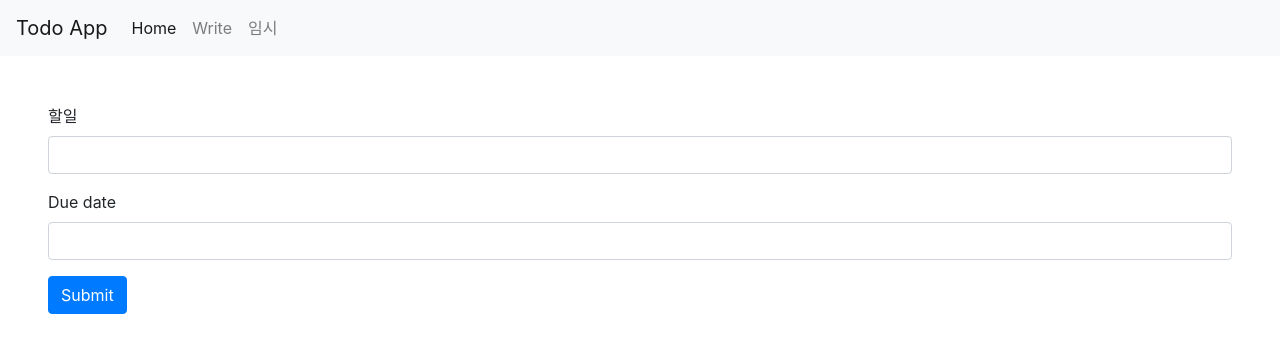
Repository: songeunleee/TodoApp
Page: write.html
An editor plug-in stored every save of this project. The page is shown before and after the next save, followed by the edit.
The browser window is 1280 px wide. The pictures show the whole page.

Above is the page before, as saved 2023-04-14 01:31:00.

### write.html
<!doctype html>
<html">
  <head>
    <!-- Required meta tags -->
    <meta charset="utf-8">
    <meta name="viewport" content="width=device-width, initial-scale=1, shrink-to-fit=no">

    <!-- Bootstrap CSS -->
    <link rel="stylesheet" href="https://cdn.jsdelivr.net/npm/bootstrap@4.6.2/dist/css/bootstrap.min.css" integrity="sha384-xOolHFLEh07PJGoPkLv1IbcEPTNtaed2xpHsD9ESMhqIYd0nLMwNLD69Npy4HI+N" crossorigin="anonymous">

    <title>Hello, world!</title>
  </head>
  <body>

    <nav class="navbar navbar-expand-lg navbar-light bg-light">
        <a class="navbar-brand" href="#">Todo App</a>
        <button class="navbar-toggler" type="button" data-toggle="collapse" data-target="#navbarNavDropdown" aria-controls="navbarNavDropdown" aria-expanded="false" aria-label="Toggle navigation">
          <span class="navbar-toggler-icon"></span>
        </button>
        <div class="collapse navbar-collapse" id="navbarNavDropdown">
          <ul class="navbar-nav">
            <li class="nav-item active">
              <a class="nav-link" href="#">Home <span class="sr-only">(current)</span></a>
            </li>
            <li class="nav-item">
              <a class="nav-link" href="#">Write</a>
            </li>
            <li class="nav-item">
              <a class="nav-link" href="#">임시</a>
            </li>

          </ul>
        </div>
      </nav>

      <form class="m-5">
        <div class="form-group">
          <label for="exampleInputEmail1">할일</label>
          <input type="email" class="form-control" id="exampleInputEmail1" aria-describedby="emailHelp">

        </div>
        <div class="form-group">
          <label for="exampleInputPassword1">Due date</label>
          <input type="password" class="form-control" id="exampleInputPassword1">
        </div>

        <button type="submit" class="btn btn-primary">Submit</button>
      </form>


    <!-- Optional JavaScript; choose one of the two! -->

    <!-- Option 1: jQuery and Bootstrap Bundle (includes Popper) -->
    <script src="https://cdn.jsdelivr.net/npm/jquery@3.5.1/dist/jquery.slim.min.js" integrity="sha384-DfXdz2htPH0lsSSs5nCTpuj/zy4C+OGpamoFVy38MVBnE+IbbVYUew+OrCXaRkfj" crossorigin="anonymous"></script>
    <script src="https://cdn.jsdelivr.net/npm/bootstrap@4.6.2/dist/js/bootstrap.bundle.min.js" integrity="sha384-Fy6S3B9q64WdZWQUiU+q4/2Lc9npb8tCaSX9FK7E8HnRr0Jz8D6OP9dO5Vg3Q9ct" crossorigin="anonymous"></script>

    <!-- Option 2: Separate Popper and Bootstrap JS -->
    <!--
    <script src="https://cdn.jsdelivr.net/npm/jquery@3.5.1/dist/jquery.slim.min.js" integrity="sha384-DfXdz2htPH0lsSSs5nCTpuj/zy4C+OGpamoFVy38MVBnE+IbbVYUew+OrCXaRkfj" crossorigin="anonymous"></script>
    <script src="https://cdn.jsdelivr.net/npm/popper.js@1.16.1/dist/umd/popper.min.js" integrity="sha384-9/reFTGAW83EW2RDu2S0VKaIzap3H66lZH81PoYlFhbGU+6BZp6G7niu735Sk7lN" crossorigin="anonymous"></script>
    <script src="https://cdn.jsdelivr.net/npm/bootstrap@4.6.2/dist/js/bootstrap.min.js" integrity="sha384-+sLIOodYLS7CIrQpBjl+C7nPvqq+FbNUBDunl/OZv93DB7Ln/533i8e/mZXLi/P+" crossorigin="anonymous"></script>
    -->
  </body>
</html>

After the next save:
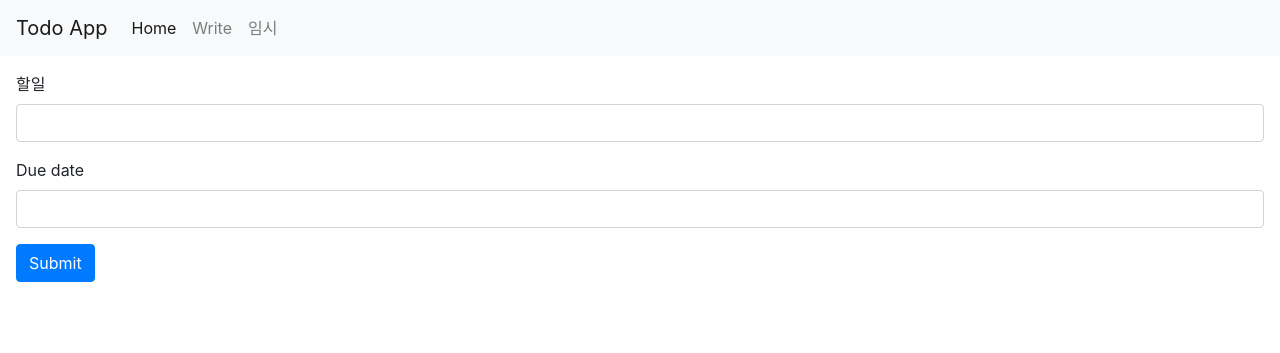
Saved 4 s later.
--- a/write.html
+++ b/write.html
@@ -33,7 +33,7 @@
         </div>
       </nav>
 
-      <form class="m-5">
+      <form class="m-3">
         <div class="form-group">
           <label for="exampleInputEmail1">할일</label>
           <input type="email" class="form-control" id="exampleInputEmail1" aria-describedby="emailHelp">
